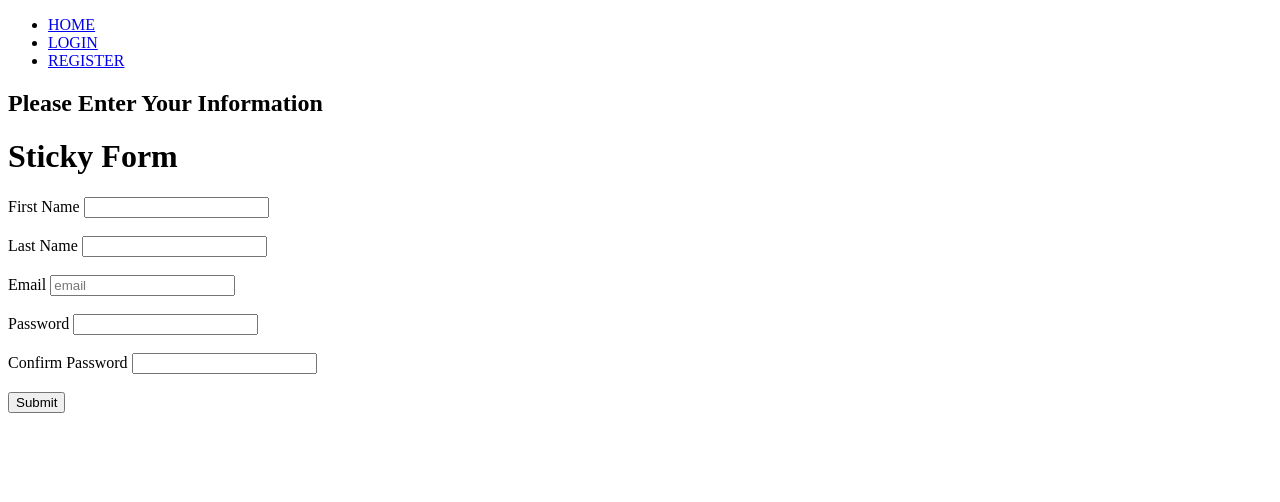
Repository: jedeyejed00/TheGameShaq
Page: http://localhost/ClassWork/Lab5/register.php
The author's editor kept a record of every edit. The page is drawn from the files as they stood at one moment, then again after the next edit.
The browser window is 1280 px wide. The pictures show the whole page.
The page is run by PHP 8.4 with error messages shown; the project is at /var/www/html/.

Above is the page before.

After the next edit:
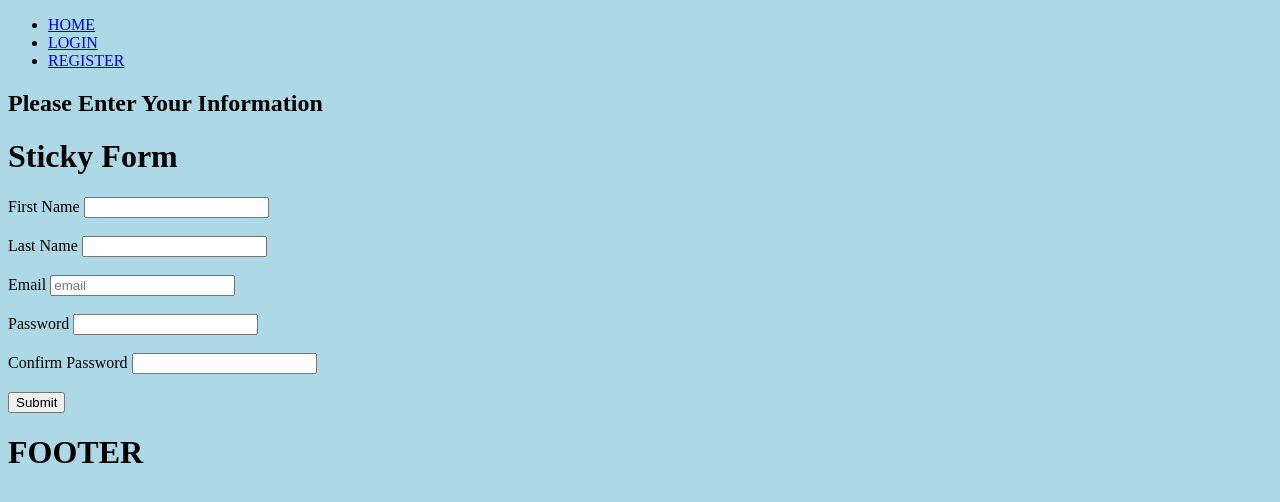
The edit:
--- a/ClassWork/Lab5/includes/footer.php
+++ b/ClassWork/Lab5/includes/footer.php
@@ -5,3 +5,11 @@
     </body>
 
 </html>
+
+
+
+<html>
+<body bgcolor="lightblue">
+<h1>FOOTER</h1>
+</body>
+</html>

After the edit that followed:
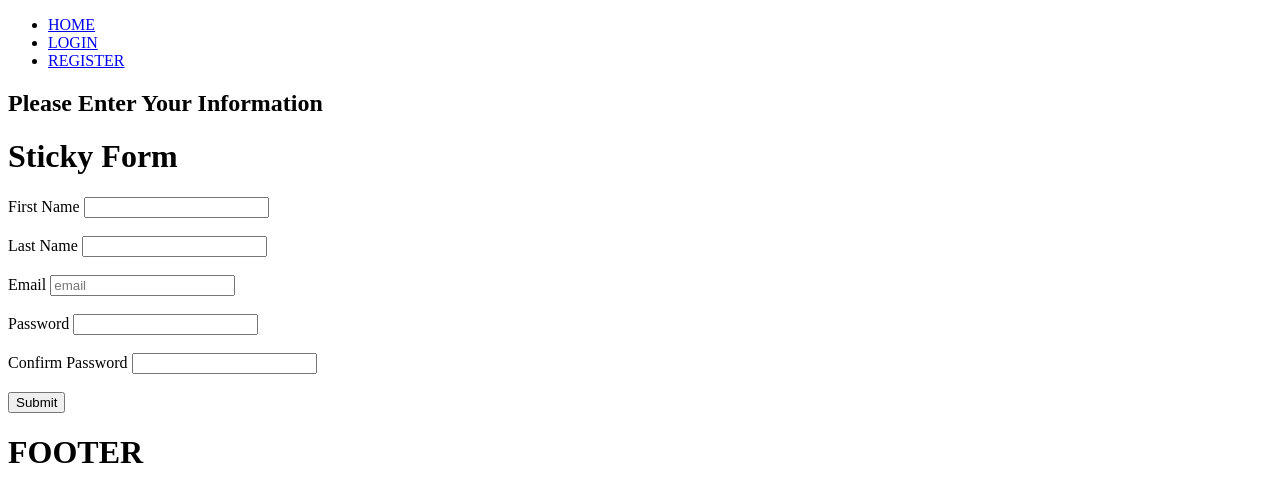
The edit:
--- a/ClassWork/Lab5/includes/footer.php
+++ b/ClassWork/Lab5/includes/footer.php
@@ -1,15 +1,17 @@
-<!start of footer
-    <body bgcolor = "black">
-
-
-    </body>
-
-</html>
-
-
-
 <html>
-<body bgcolor="lightblue">
+<head>
+<style>
+.footer {
+   position: fixed;
+   left: 0;
+   bottom: 0;
+   width: 100%;
+   background-color: red;
+   color: white;
+   text-align: center;
+}
+</style>
+<body>
 <h1>FOOTER</h1>
 </body>
 </html>
